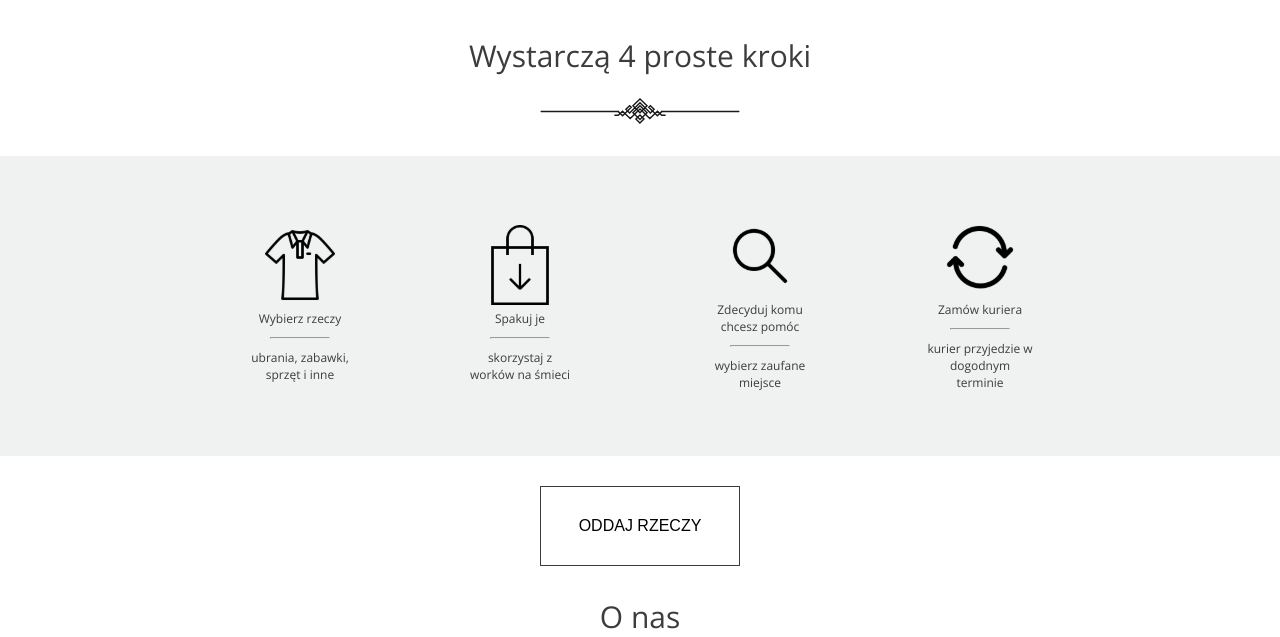
Repository: artwol993/Oddam_w_dobre_rece
Page: /
The author's editor kept a copy of each file at every save. The page is drawn from the files as they stood at one save, then again after a run of saves.
The browser window is 1280 px wide. The pictures show the part of the page from y = 1046 to 1753 px (the page is 1683 px tall before and 1753 px after).
The project was rebuilt for these pictures with package versions that can differ from the ones it lists, and the page was loaded fresh each time. Also part of the build but not shown: src/scss/components/Home.scss.

Above is the page before, as saved 2020-12-17 20:02:58.

### public/index.html
<!DOCTYPE html>
<html lang="en">

<head>
  <meta charset="utf-8" />
  <link rel="icon" href="%PUBLIC_URL%/favicon.ico" />
  <meta name="viewport" content="width=device-width, initial-scale=1" />
  <meta name="theme-color" content="#000000" />
  <meta name="description" content="Web site created using create-react-app" />
  <link rel="preconnect" href="https://fonts.gstatic.com">
  <link href="https://fonts.googleapis.com/css2?family=Merriweather:wght@300;400;700;900&display=swap" rel="stylesheet">
  <link rel="preconnect" href="https://fonts.gstatic.com">
  <link href="https://fonts.googleapis.com/css2?family=Open+Sans:wght@300;400;600;700;800&display=swap"
    rel="stylesheet">
  <link rel="apple-touch-icon" href="%PUBLIC_URL%/logo192.png" />
  <!--
      manifest.json provides metadata used when your web app is installed on a
      user's mobile device or desktop. See https://developers.google.com/web/fundamentals/web-app-manifest/
    -->
  <link rel="manifest" href="%PUBLIC_URL%/manifest.json" />
  <!--
      Notice the use of %PUBLIC_URL% in the tags above.
      It will be replaced with the URL of the `public` folder during the build.
      Only files inside the `public` folder can be referenced from the HTML.

      Unlike "/favicon.ico" or "favicon.ico", "%PUBLIC_URL%/favicon.ico" will
      work correctly both with client-side routing and a non-root public URL.
      Learn how to configure a non-root public URL by running `npm run build`.
    -->
  <title>React App</title>
</head>

<body>
  <noscript>You need to enable JavaScript to run this app.</noscript>
  <div id="root"></div>
  <!--
      This HTML file is a template.
      If you open it directly in the browser, you will see an empty page.

      You can add webfonts, meta tags, or analytics to this file.
      The build step will place the bundled scripts into the <body> tag.

      To begin the development, run `npm start` or `yarn start`.
      To create a production bundle, use `npm run build` or `yarn build`.
    -->
</body>

</html>

### src/index.js
import React from 'react';
import ReactDOM from 'react-dom';
import App from './App';
import "./scss/main.scss"

ReactDOM.render(
  <React.StrictMode>
    <App />
  </React.StrictMode>,
  document.getElementById('root')
);

### src/App.js
import React from 'react';
import { BrowserRouter as Router, Switch, Route } from 'react-router-dom';
import './scss/main.scss';
import Navbar from './components/Navbar';
import Home from './components/pages/Home/Home';
import ScrollToTop from './components/ScrollToTop';




function App() {
  return (
    <div className="body">
      <>
        <Router>
          <ScrollToTop />
          <Navbar />
          <Switch>

            <Route path='/' exact component={Home} />

          </Switch>
        </Router>
      </>
    </div>
  );
}

export default App;

### src/scss/main.scss

//settings
@import "./settings/reset";
@import "./settings/colors";
@import "./settings/fonts";
@import "./settings/buttons";


//components


.body {
    font-family: $font-base;
    color: $c-font1;
}

### src/components/Navbar.js
import React, { useState } from 'react';
import { Link } from 'react-router-dom';
import '../scss/navbar.scss';


function Navbar() {

    const [click, setClick] = useState(true);
    const handleClick = () => setClick(!click);

    return (
        <>
            <nav className='navbar'>
                <div className='navbar-container'>


                    <div className='menu-icon' onClick={handleClick}>
                        <div className={click ? 'x-icon' : 'bars-icon'} />
                    </div>

                    <ul className={click ? 'nav-menu' : 'active'}>

                        <li className='nav-items'>
                            <Link to='/' className='nav-links' onClick={handleClick}>
                                Start
                            </Link>
                        </li>
                        <li className='nav-items'>
                            <Link
                                to='/'
                                className='nav-links'
                                onClick={handleClick}
                            >
                                O co chodzi?
                            </Link>
                        </li>
                        <li className='nav-items'>
                            <Link
                                to='/'
                                className='nav-links'
                                onClick={handleClick}
                            >
                                O nas
                            </Link>
                        </li>

                        <li className='nav-items'>
                            <Link
                                to='/'
                                className='nav-links'
                                onClick={handleClick}
                            >
                                Fundacja i organizacje
                            </Link>
                        </li>
                        <li className='nav-items'>
                            <Link
                                to='/'
                                className='nav-links'
                                onClick={handleClick}
                            >
                                Kontakt
                            </Link>
                        </li>
                    </ul>

                </div>
            </nav>
        </>
    );
}

export default Navbar;

### src/components/pages/Home/Home.js
import React from 'react';
import '../../../scss/components/Home.scss';
import HeroSection from './HeroSection';
import Profits from './Profits';
import SimpleSteps from './SimpleSteps';
import AboutUs from './AboutUs';
import WhoWeHelp from './WhoWeHelp';
import Contact from './Contact'


function Home() {
    return (
        <>
            <HeroSection />
            <Profits />
            <SimpleSteps />
            <AboutUs />
            <WhoWeHelp />
            <Contact />

        </>

    )
}

export default Home

### src/scss/settings/reset.scss
* {
    margin: 0;
    padding: 0;
    box-sizing: border-box;

    &:after,
    &:before {
        box-sizing: border-box;
    }
}

### src/scss/settings/_colors.scss
//main
$c-white: #ffff;
$c-black: #0000;

//background
$c-bg1: #f0f1f1;
$c-bg2: #fad648;

//fonts
$c-font1: #3c3c3c;
$c-fnt2: #737373;
$c-fnt3: #5e5322;

//details
$c-divider: #1a1818;
$c-details: #5e5322;

### src/scss/settings/_fonts.scss
//styles
$font-base: "Open Sans", sans-serif;
$font-alt: "Merriweather", serif;

//weight
$fw-light: 300;
$fw-reg: 400;
$fw-sbold: 600;
$fw-bold: 700;
$fw-black: 900;

h1 {
    font-size: 30px;
    text-align: center;
    font-weight: $fw-reg;
}

h2 {
    font-size: 30px;
    text-align: center;
    font-weight: $fw-reg;
}

h3 {
    text-align: center;
    font-weight: $fw-reg;
}

.decoration {
    width: 200px;
    height: 60px;
    margin: 5px;
    background-image: url("../../assets/Decoration.svg");
    background-position: center;
    background-repeat: no-repeat;
    background-size: contain;
}

### src/scss/settings/_buttons.scss
.main-button {
    height: 80px;
    width: 200px;
    margin: 10px;
    background-color: $c-white;
    text-transform: uppercase;
    font-size: 16px;
    font-weight: $fw-light;
    padding: 5px;
    border: solid 1px $c-font1;
}

### src/scss/navbar.scss
@import "./main.scss";

.navbar {
    height: 80px;
    display: flex;
    justify-content: flex-end;
    font-size: 16px;
    position: sticky;
    top: 0;
    z-index: 1;
    background-color: $c-white;
}

.navbar-container {
    display: flex;
    justify-content: center;
    align-items: center;
    height: 80px;
}

.nav-menu {
    display: grid;
    grid-template-columns: repeat(6, auto);
    grid-gap: 10px;
    list-style: none;
    text-align: center;
    width: 60vw;
    justify-content: end;
}

.active {
    display: grid;
    grid-template-columns: repeat(6, auto);
    grid-gap: 10px;
    list-style: none;
    text-align: center;
    width: 60vw;
    justify-content: end;
}

.nav-item {
    height: 80px;
}

.nav-links {
    color: #242424;
    display: flex;
    align-items: center;
    text-decoration: none;
    padding: 8px 16px;
    height: 100%;
    &:hover {
        border: solid 1px #242424;
        padding: 7px 15px;
    }
}

.nav-links-mobile {
    display: none;
}

.menu-icon {
    display: none;
}

@media screen and (max-width: 990px) {
    .navbar {
        max-width: 990px;
    }

    .navbar-container {
        width: 100%;
        justify-content: flex-end;
    }

    .NavbarItems {
        position: relative;
    }

    .nav-menu {
        display: none;
    }

    .active {
        background-color: white;
        display: flex;
        flex-direction: column;
        justify-content: center;
        align-items: center;
        width: 100%;
        position: absolute;
        top: 80px;
        opacity: 1;
        transition: all 0.5s ease;
    }

    .nav-items {
        width: 100%;
    }

    .nav-links {
        text-align: center;
        height: 60px;
        width: 100%;
        display: table;

        &:hover {
            border: none;
            background-color: grey;
            opacity: 1;
            transition-property: 0.5s;
        }
    }

    .menu-icon {
        display: block;
        position: absolute;
        cursor: pointer;
        z-index: 2;
        padding: 20px;
    }
    .x-icon {
        width: 30px;
        height: 30px;
        background-image: url("../assets/Hamburger_icon.svg");
    }

    .bars-icon {
        width: 30px;
        height: 30px;
        background-image: url("../assets/Hamburger_icon.svg");
    }
}

### src/components/pages/Home/HeroSection.js
import React from 'react';
import '../../../scss/components/HeroSection.scss';

function HeroSection() {
    return (
        <>

            <div className="home-container">
                <div className="home-background"></div>
                <div className="home-box">
                    <h1>Zacznij pomagać!<br />
                    Oddaj niechciane rzeczy w zaufane ręce</h1>
                    <div className="decoration"></div>
                    <div className="button-box">
                        <button className="main-button">Oddaj rzeczy</button>
                        <button className="main-button">Zorganizuj zbiórkę</button>
                    </div>

                </div>
            </div>
        </>
    )
}

export default HeroSection

### src/components/pages/Home/Profits.js
import React from 'react';
import '../../../scss/components/Profits.scss';

function Profits() {
    return (
        <>

            <div className="profits-container">
                <div className="profits-box">
                    <span className="box-number">10</span>
                    <h3 className="box-tittle">ODDANYCH WORKÓW</h3>
                    <p className="">Lorem ipsum dolor sit amet, consectetur adipisc Pellentesque vel enim a elit viverra elementuma. Aliquam erat volutpat.</p>
                </div>
                <div className="profits-box">
                    <span className="box-number">5</span>
                    <h3 className="box-tittle">WSPARTYCH ORGANIZACJI</h3>
                    <p className="">Lorem ipsum dolor sit amet, consectetur adipisc Pellentesque vel enim a elit viverra elementuma. Aliquam erat volutpat.</p>
                </div>
                <div className="profits-box">
                    <span className="box-number">7</span>
                    <h3 className="box-tittle">WSPARTYCH ORGANIZACJI</h3>
                    <p className="">Lorem ipsum dolor sit amet, consectetur adipisc Pellentesque vel enim a elit viverra elementuma. Aliquam erat volutpat.</p>
                </div>
            </div>

        </>
    )
}

export default Profits

### src/components/pages/Home/SimpleSteps.js
import React from 'react'
import '../../../scss/components/SimpleSteps.scss';

function SimpleSteps() {
    return (
        <>

            <div className="simple-steps-container">

                <div className="simple-steps-tittle">
                    <h2>Wystarczą 4 proste kroki</h2>
                    <div className="decoration"></div>
                </div>
                <div className="simple-steps-section">
                    <div className="simple-steps-part-section">
                        <div className="simple-section-box">
                            <div className="simple-steps-box-icon ss-ic-1"></div>
                            <p>Wybierz rzeczy</p>
                            <hr></hr>
                            <p>ubrania, zabawki, sprzęt i inne</p>
                        </div>
                        <div className="simple-section-box">
                            <div className="simple-steps-box-icon ss-ic-2"></div>
                            <p> Spakuj je</p>
                            <hr></hr>
                            <p>skorzystaj z worków na śmieci</p>
                        </div>
                    </div>

                    <div className="simple-steps-part-section">
                        <div className="simple-section-box">
                            <div className="simple-steps-box-icon ss-ic-3"></div>
                            <p>Zdecyduj komu chcesz pomóc</p>
                            <hr></hr>
                            <p>wybierz zaufane miejsce</p>
                        </div>
                        <div className="simple-section-box">
                            <div className="simple-steps-box-icon ss-ic-4"></div>
                            <p>Zamów kuriera</p>
                            <hr></hr>
                            <p>kurier przyjedzie w dogodnym terminie</p>
                        </div>
                    </div>


                </div>

                <div className="simple-steps-footer">
                    <button className="main-button">Oddaj rzeczy</button>
                </div>

            </div>

        </>
    )
}

export default SimpleSteps

### src/components/pages/Home/AboutUs.js
import React from 'react';

function AboutUs() {
    return (
        <>
            <div className="about-section">
                <div className="about-box about-box1">
<h2>O nas</h2>

                </div>
                <div className="about-box about-box2"></div>
            </div>

        </>
    )
}

export default AboutUs

### src/components/pages/Home/WhoWeHelp.js
import React from 'react'

function WhoWeHelp() {
    return (
        <div>

        </div>
    )
}

export default WhoWeHelp

### src/components/pages/Home/Contact.js
import React from 'react'

function Contact() {
    return (
        <div>

        </div>
    )
}

export default Contact

### src/scss/components/HeroSection.scss
@import "../main.scss";

.home-container {
    display: flex;
    height: 600px;
}

.home-background {
    width: 50%;
    height: 100%;
    background-image: url(../../assets/Home-Hero-Image.jpg);
    background-position: right;
    background-repeat: no-repeat;
    background-size: contain;
}

.home-box {
    width: 50%;
    height: 100%;
    display: flex;
    flex-direction: column;
    justify-content: center;
    align-items: center;

    h1 {
        margin: 7px;
    }
}

.button-box {
    display: flex;
    justify-content: center;
    align-items: center;
    margin-top: 15px;
}



@media screen and (max-width: 990px) {
    .home-container {
        background-image: url(../../assets/Home-Hero-Image.jpg);
        background-position: center;
        background-repeat: no-repeat;
        background-size: contain;
        display: flex;
        flex-direction: column;
        justify-content: center;
        align-items: center;
    }

    .home-background {
        display: none;
    }

    .home-box {
        width: 70%;
        height: 70%;
        background-color: #ffffffe0;
    }

    .main-button {
        width: 80%;
        height: 100%;
    }
}

### src/scss/components/Profits.scss
@import "../main.scss";

.profits-container {
    background-image: url("../../assets/3\ Columns\ Background.png");
    background-position: center;
    display: flex;
}

.profits-box {
    margin: 10px;
    padding: 30px;
    display: flex;
    flex-direction: column;
    justify-content: center;
    align-items: center;
    text-align: center;

    .box-number {
        color: $c-fnt3;
        font-size: 90px;
        font-weight: $fw-light;
    }

    .box-tittle {
        font-size: 18px;
        margin-top: 15px;
    }

    p {
        font-size: 16px;
        font-weight: $fw-light;
        margin-top: 15px;
        width: 70%;
    }
}

@media screen and (max-width: 990px) {
    .profits-container {
        flex-direction: column;
    }
}

### src/scss/components/SimpleSteps.scss
@import "../main.scss";

.simple-steps-container {
    display: flex;
    flex-direction: column;
    justify-content: center;
    align-items: center;
}

.simple-steps-tittle {
    width: 100%;
    display: flex;
    flex-direction: column;
    justify-content: center;
    align-items: center;
    padding: 10px 30px;

    h2 {
        margin-top: 25px;
    }
}

.simple-steps-section {
    height: 300px;
    width: 100%;
    background-color: $c-bg1;
    display: flex;
    justify-content: center;
    align-items: center;
}

.simple-steps-part-section {
    display: flex;
    margin: 10px;
}

.simple-section-box {
    width: 120px;
    display: flex;
    flex-direction: column;
    justify-content: center;
    align-items: center;
    margin: 5px 50px;

    .simple-steps-box-icon {
        width: 100%;
        height: 80px;
        padding: 5px;
        background-position: center;
        background-repeat: no-repeat;
        background-size: contain;
    }

    .ss-ic-1 {
        background-image: url("../../assets/Icon-1.svg");
    }

    .ss-ic-2 {
        background-image: url("../../assets/Icon-2.svg");
    }

    .ss-ic-3 {
        background-image: url("../../assets/Icon-3.svg");
    }

    .ss-ic-4 {
        background-image: url("../../assets/Icon-4.svg");
    }

    hr {
        width: 50%;
        margin: 5px;
    }
    p {
        margin: 5px;
        text-align: center;
        font-size: 12px;
    }
}

.simple-steps-footer {
    margin: 20px;

    .home-button {
        margin: 20px;
    }
}

@media screen and (max-width: 990px) {
    .simple-steps-section {
        height: auto;
        flex-direction: column;
    }
}

Loaded but not shown: src/components/ScrollToTop.js (common file)

After the next 3 saves:
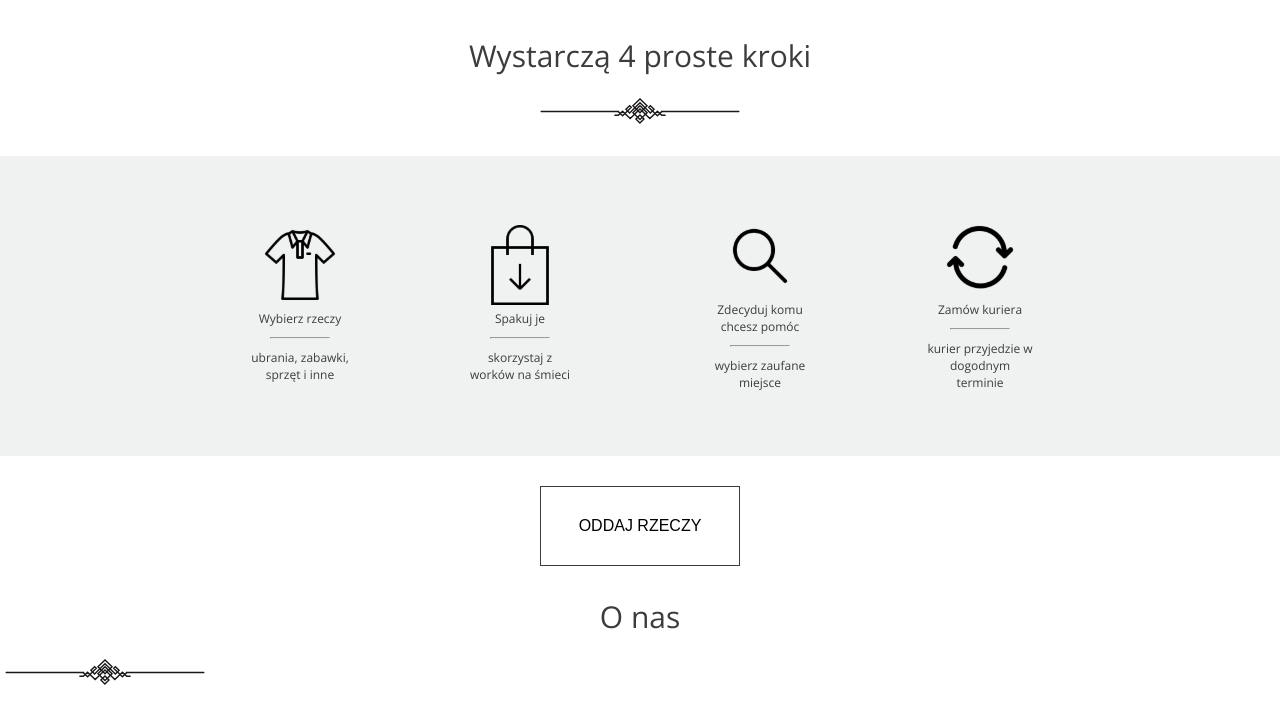
The 3 saves are shown as one change because they came seconds apart.
The last was saved 9 s later.
--- a/src/components/pages/Home/AboutUs.js
+++ b/src/components/pages/Home/AboutUs.js
@@ -6,7 +6,7 @@ function AboutUs() {
             <div className="about-section">
                 <div className="about-box about-box1">
 <h2>O nas</h2>
-
+<div className="decoration"></div>
                 </div>
                 <div className="about-box about-box2"></div>
             </div>
